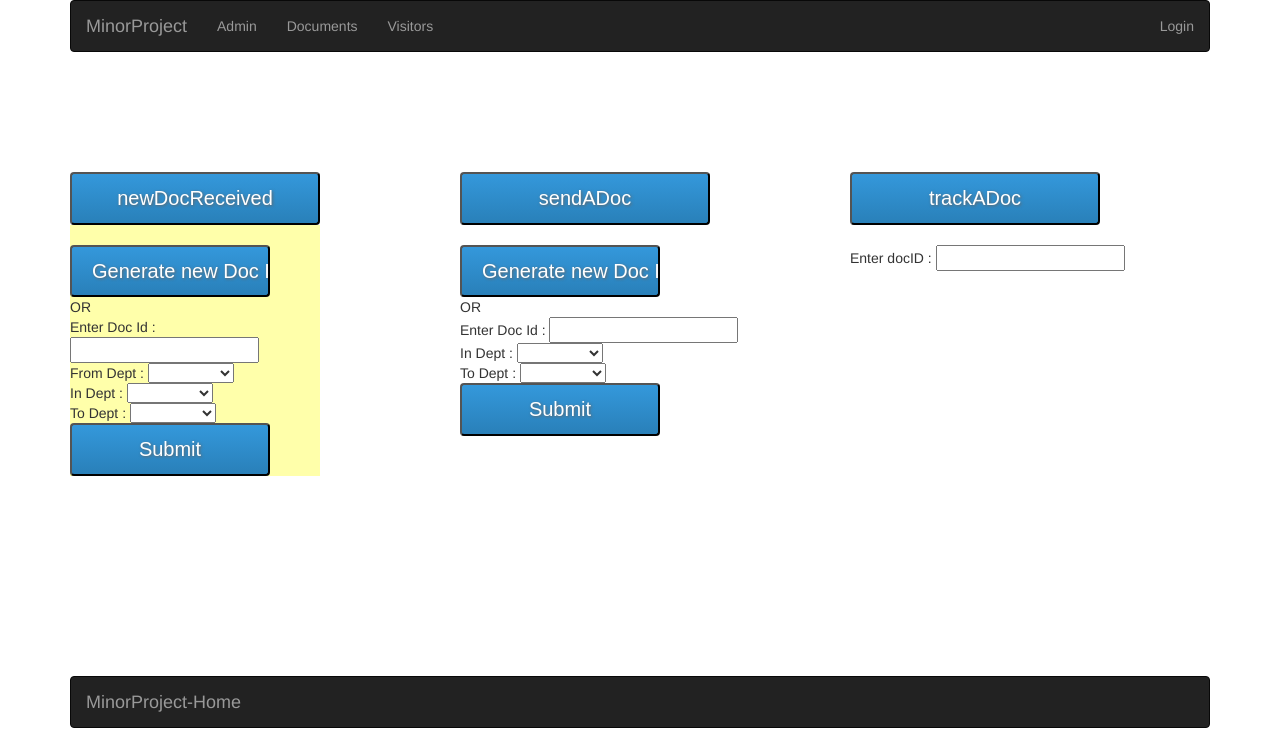
Repository: javaSingh/java
Page: workspace/minorProjectWithInder7thSem2/WebContent/index.html
The author's editor kept a copy of each file at every save. The page is drawn from the files as they stood at one save, then again after the next save.
The browser window is 1280 px wide. The pictures show the whole page.
Some web libraries are served in a nearby version.

Above is the page before, as saved 2014-10-20 18:45:09.

### workspace/minorProjectWithInder7thSem2/WebContent/index.html
<!DOCTYPE html>
<html>
   <head>
      <title>MinorProject-OfficeMgmt</title>
      <meta name='viewport' content='width=device-width, initial-scale=1.0'>
      <!-- Bootstrap -->
      <link href='css/bootstrap.min.css' rel='stylesheet'>
	  <!--my css-->
	  <link href='css/a.css' rel='stylesheet'>
      <!-- HTML5 Shim and Respond.js IE8 support of HTML5 elements and media
         queries -->
      <!-- WARNING: Respond.js doesn't work if you view the page
         via file:// -->
      <!--[if lt IE 9]>
         <script src='https://oss.maxcdn.com/libs/html5shiv/3.7.0/
            html5shiv.js'></script>
         <script src='https://oss.maxcdn.com/libs/respond.js/1.3.0/
            respond.min.js'></script>
      <![endif]-->
	  <!--font awesome. for icons used in top of page-->
	  <link href="http://maxcdn.bootstrapcdn.com/font-awesome/4.1.0/css/font-awesome.min.css" rel="stylesheet">







	  <script src="http://ajax.googleapis.com/ajax/libs/jquery/1.11.1/jquery.min.js"></script>





	</head>
	<body>

	<div class='container'>
	<div class="scroll-top-wrapper ">
    <span class="scroll-top-inner">
    <i class="fa fa-2x fa-arrow-circle-up"></i>
    </span>
	</div>

	<nav role='navigation' class='navbar navbar-inverse'>
    <!-- Brand and toggle get grouped for better mobile display -->
    <div class='navbar-header'>
        <button type='button' data-target='#navbarCollapse' data-toggle='collapse' class='navbar-toggle'>
            <span class='sr-only'>Toggle navigation</span>
            <span class='icon-bar'></span>
            <span class='icon-bar'></span>
            <span class='icon-bar'></span>
        </button>
        <a href='#' class='navbar-brand'>MinorProject</a>
    </div>
    <!-- Collection of nav links and other content for toggling -->
    <div id='navbarCollapse' class='collapse navbar-collapse'>
        <ul class='nav navbar-nav'>
            <li><a href='#'>Admin </a></li>
            <li><a href='#'>Documents </a></li>
			<li><a href='#'>Visitors </a></li>
			</ul>
        <ul class='nav navbar-nav navbar-right'>
            <li><a href='jackie.html'>Login</a></li>
        </ul>
    </div>
</nav>
<div class='top'></div>
<div class='row'>
<div class='col-md-4'>



<input type='button' onclick='newdoc()'  class='submitbutton' value='newDocReceived' name='newdocreceivedbutton'></input>
<div id='newdoc'>
<br>
<form action='Serv3'>
<input type='submit' class='submitbuttoninner' value='Generate new Doc Id'></input>
</form>
OR
<br>
<form action='Serv1'>
Enter Doc Id : <input type='number' name='docid' required autofoucs></input><br>
From Dept : <select name='fromdept'>
<option value=""></option>
  <option value="Dept1">Dept1</option>
  <option value="Dept2">Dept2</option>
  <option value="Dept3">Dept3</option>
  <option value="Dept4">Dept4</option>
  <option value="Reception">Reception</option>
  <option value="Staff">Staff</option>
  <option value="Student">Student</option>
</select><br>
In Dept : <select name='indept'>
  <option value=""></option>
  <option value="Dept1">Dept1</option>
  <option value="Dept2">Dept2</option>
  <option value="Dept3">Dept3</option>
  <option value="Dept4">Dept4</option>
  <option value="Reception">Reception</option>
</select><br>
To Dept : <select name='todept'>
  <option value=""></option>
  <option value="Dept1">Dept1</option>
  <option value="Dept2">Dept2</option>
  <option value="Dept3">Dept3</option>
  <option value="Dept4">Dept4</option>
  <option value="Reception">Reception</option>
</select>
<input type='submit' class='submitbuttoninner'></input>
</form>
</div>








</div>
<div class='col-md-4'>


<input type='button' class='submitbutton' onclick='senddoc()' value='sendADoc' name='senddocbutton'></input>
<div id='senddoc'>
<br>
<form action='Serv3'>
<input type='submit' value='Generate new Doc Id' class='submitbuttoninner'></input>
</form>
OR
<br>
<form action='Serv2'>
Enter Doc Id : <input type='number' name='docid' required autofoucs></input><br>
In Dept : <select name='indept'>
  <option value=""></option>
  <option value="Dept1">Dept1</option>
  <option value="Dept2">Dept2</option>
  <option value="Dept3">Dept3</option>
  <option value="Dept4">Dept4</option>
  <option value="Reception">Reception</option>
</select><br>
To Dept : <select name='todept'>
<option value=""></option>
<option value="Dept1">Dept1</option>
  <option value="Dept2">Dept2</option>
  <option value="Dept3">Dept3</option>
  <option value="Dept4">Dept4</option>
  <option value="Reception">Reception</option>
</select><br>
<input type='submit' class='submitbuttoninner'></input>
</form>
</div>








</div>
<div class='col-md-4'>




<form action='Serv4' method='post'>
<input type='submit' class='submitbutton' value='trackADoc'></input><br>
<br>
Enter docID : <input type='number' name='docid'></input>

</form>






</div>

</div>
<div class='below'></div>
<div class='row'>
<div class='col-md-12'>
<div class='myfooter'>
<nav role='navigation' class='navbar navbar-inverse'>
    <!-- Brand and toggle get grouped for better mobile display -->
    <div class='navbar-header'>
        <button type='button' data-target='#navbarCollapse' data-toggle='collapse' class='navbar-toggle'>
            <span class='sr-only'>Toggle navigation</span>
            <span class='icon-bar'></span>
            <span class='icon-bar'></span>
            <span class='icon-bar'></span>
        </button>
        <a href='#' class='navbar-brand'>MinorProject-Home</a>
    </div>
    <!-- Collection of nav links and other content for toggling -->
    <div id='navbarCollapse' class='collapse navbar-collapse'>


    </div>
</nav>
</div>
</div>
</div>






	  <!-- jQuery (necessary for Bootstrap's JavaScript plugins) -->
      <script src='https://code.jquery.com/jquery.js'></script>
      <!-- Include all compiled plugins (below), or include individual files
            as needed -->
      <script src='js/bootstrap.min.js'></script>
	  <script src="//ajax.googleapis.com/ajax/libs/jquery/1.11.0/jquery.min.js"></script>
 <script>

$(function(){

    $(document).on( 'scroll', function(){

        if ($(window).scrollTop() > 1) {
            $('.scroll-top-wrapper').addClass('show');
        } else {
            $('.scroll-top-wrapper').removeClass('show');
        }
    });
});
</script>
   <script>

$(function(){

    $(document).on( 'scroll', function(){

        if ($(window).scrollTop() > 1) {
            $('.scroll-top-wrapper').addClass('show');
        } else {
            $('.scroll-top-wrapper').removeClass('show');
        }
    });

    $('.scroll-top-wrapper').on('click', scrollToTop);
});

function scrollToTop() {
    verticalOffset = typeof(verticalOffset) != 'undefined' ? verticalOffset : 0;
    element = $('body');
    offset = element.offset();
    offsetTop = offset.top;
    $('html, body').animate({scrollTop: offsetTop}, 500, 'linear');
}
</script>


 </div> </body>
</html>

### workspace/minorProjectWithInder7thSem2/WebContent/css/a.css
#newdoc
{
    background-color: #ffffaa;
    width:250px;
}
.submitbutton {
  background: #3498db;
  background-image: -webkit-linear-gradient(top, #3498db, #2980b9);
  background-image: -moz-linear-gradient(top, #3498db, #2980b9);
  background-image: -ms-linear-gradient(top, #3498db, #2980b9);
  background-image: -o-linear-gradient(top, #3498db, #2980b9);
  background-image: linear-gradient(to bottom, #3498db, #2980b9);
  -webkit-border-radius: 4;
  -moz-border-radius: 4;
  border-radius: 4px;
  text-shadow: 1px 1px 3px #666666;
  font-family: Arial;
  color: #ffffff;
  font-size: 20px;
  padding: 10px 20px 10px 20px;
  text-decoration: none;
 width:250px;
}

.submitbutton:hover {
cursor:pointer;
  background: #3cb0fd;
  background-image: -webkit-linear-gradient(top, #3cb0fd, #3498db);
  background-image: -moz-linear-gradient(top, #3cb0fd, #3498db);
  background-image: -ms-linear-gradient(top, #3cb0fd, #3498db);
  background-image: -o-linear-gradient(top, #3cb0fd, #3498db);
  background-image: linear-gradient(to bottom, #3cb0fd, #3498db);
  text-decoration: none;
}

.submitbuttoninner {
  background: #3498db;
  background-image: -webkit-linear-gradient(top, #3498db, #2980b9);
  background-image: -moz-linear-gradient(top, #3498db, #2980b9);
  background-image: -ms-linear-gradient(top, #3498db, #2980b9);
  background-image: -o-linear-gradient(top, #3498db, #2980b9);
  background-image: linear-gradient(to bottom, #3498db, #2980b9);
  -webkit-border-radius: 4;
  -moz-border-radius: 4;
  border-radius: 4px;
  text-shadow: 1px 1px 3px #666666;
  font-family: Arial;
  color: #ffffff;
  font-size: 20px;
  padding: 10px 20px 10px 20px;
  text-decoration: none;
 width:200px;
}

.submitbuttoninner:hover {
cursor:pointer;
  background: #3cb0fd;
  background-image: -webkit-linear-gradient(top, #3cb0fd, #3498db);
  background-image: -moz-linear-gradient(top, #3cb0fd, #3498db);
  background-image: -ms-linear-gradient(top, #3cb0fd, #3498db);
  background-image: -o-linear-gradient(top, #3cb0fd, #3498db);
  background-image: linear-gradient(to bottom, #3cb0fd, #3498db);
  text-decoration: none;
}




.top{
height:100px;
}
.below
{height:200px;}

[type='email']
{
    font-size:20px;
}
[type="text"] {
    font-size: 20px;
 //   margin-left: 10%;
}
.signup
{

    border:1px solid green;
    border-radius:2px;
    height:100%;
    background-color:rgba(252, 255, 155, 1);


}
.signup input[type=text]
{
    width:80%;
    margin:auto;

}
input[type=email]
{
    width:80%;
    margin:auto;

}
.scroll-top-wrapper {
    position: fixed;
    opacity: 0;
    visibility: hidden;
    overflow: hidden;
    text-align: center;
    z-index: 99999999;
    background-color: #008000;
    color: #eeeeee;
    width: 60px;
    height: 55px;
    line-height: 48px;
    right: 30px;
    bottom: 30px;
    padding-top: 2px;
    border-top-left-radius: 10px;
    border-top-right-radius: 10px;
    border-bottom-right-radius: 10px;
    border-bottom-left-radius: 10px;
    -webkit-transition: all 0.5s ease-in-out;
    -moz-transition: all 0.5s ease-in-out;
    -ms-transition: all 0.5s ease-in-out;
    -o-transition: all 0.5s ease-in-out;
    transition: all 0.3s ease-in-out;
}
.scroll-top-wrapper:hover {
    //opacity: 0.0;
    background-color: #222245;
}
.scroll-top-wrapper.show {
    visibility:visible;
    cursor:pointer;
    opacity: 0.9999999;
}
.scroll-top-wrapper i.fa {
    line-height: inherit;
}

Loaded but not shown: workspace/minorProjectWithInder7thSem2/WebContent/css/bootstrap.min.css (library); workspace/minorProjectWithInder7thSem2/WebContent/js/bootstrap.min.js (library)

After the next save:
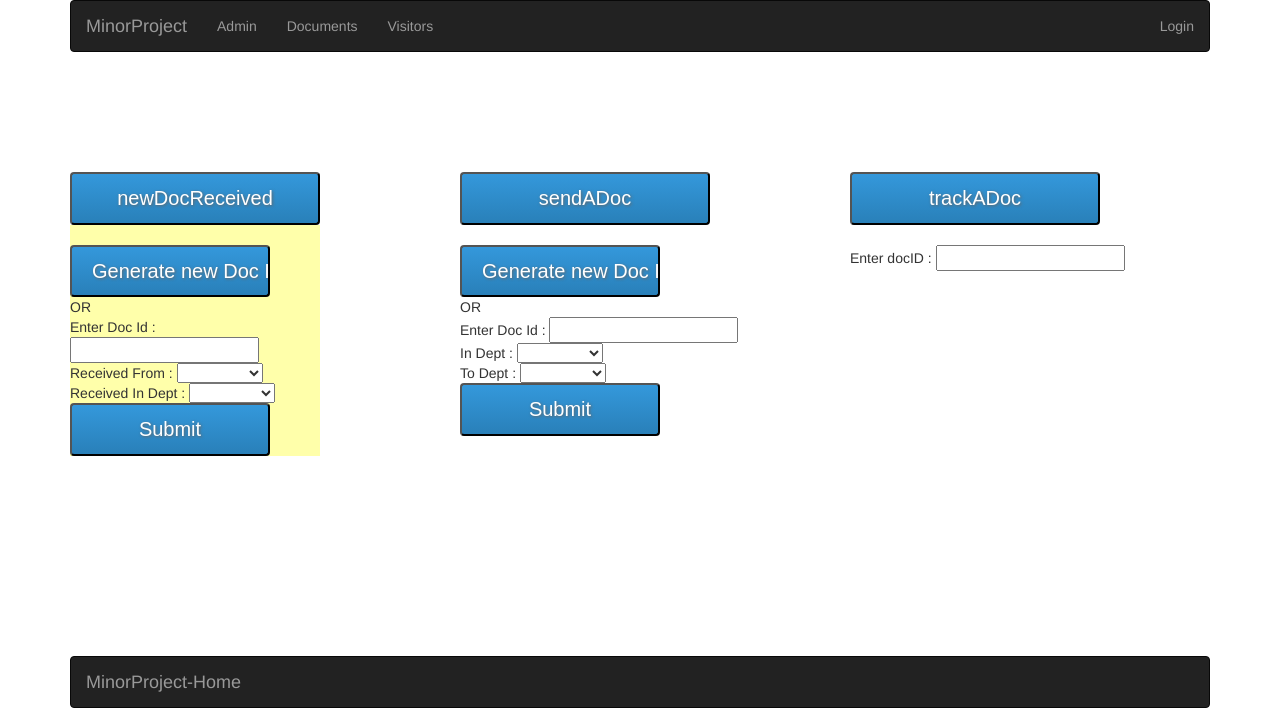
Saved 6 min 7 s later.
--- a/workspace/minorProjectWithInder7thSem2/WebContent/index.html
+++ b/workspace/minorProjectWithInder7thSem2/WebContent/index.html
@@ -81,7 +81,7 @@ OR
 <br>
 <form action='Serv1'>
 Enter Doc Id : <input type='number' name='docid' required autofoucs></input><br>
-From Dept : <select name='fromdept'>
+Received From : <select name='fromdept'>
 <option value=""></option>
   <option value="Dept1">Dept1</option>
   <option value="Dept2">Dept2</option>
@@ -91,7 +91,7 @@ From Dept : <select name='fromdept'>
   <option value="Staff">Staff</option>
   <option value="Student">Student</option>
 </select><br>
-In Dept : <select name='indept'>
+Received In Dept : <select name='indept'>
   <option value=""></option>
   <option value="Dept1">Dept1</option>
   <option value="Dept2">Dept2</option>
@@ -99,14 +99,6 @@ In Dept : <select name='indept'>
   <option value="Dept4">Dept4</option>
   <option value="Reception">Reception</option>
 </select><br>
-To Dept : <select name='todept'>
-  <option value=""></option>
-  <option value="Dept1">Dept1</option>
-  <option value="Dept2">Dept2</option>
-  <option value="Dept3">Dept3</option>
-  <option value="Dept4">Dept4</option>
-  <option value="Reception">Reception</option>
-</select>
 <input type='submit' class='submitbuttoninner'></input>
 </form>
 </div>
